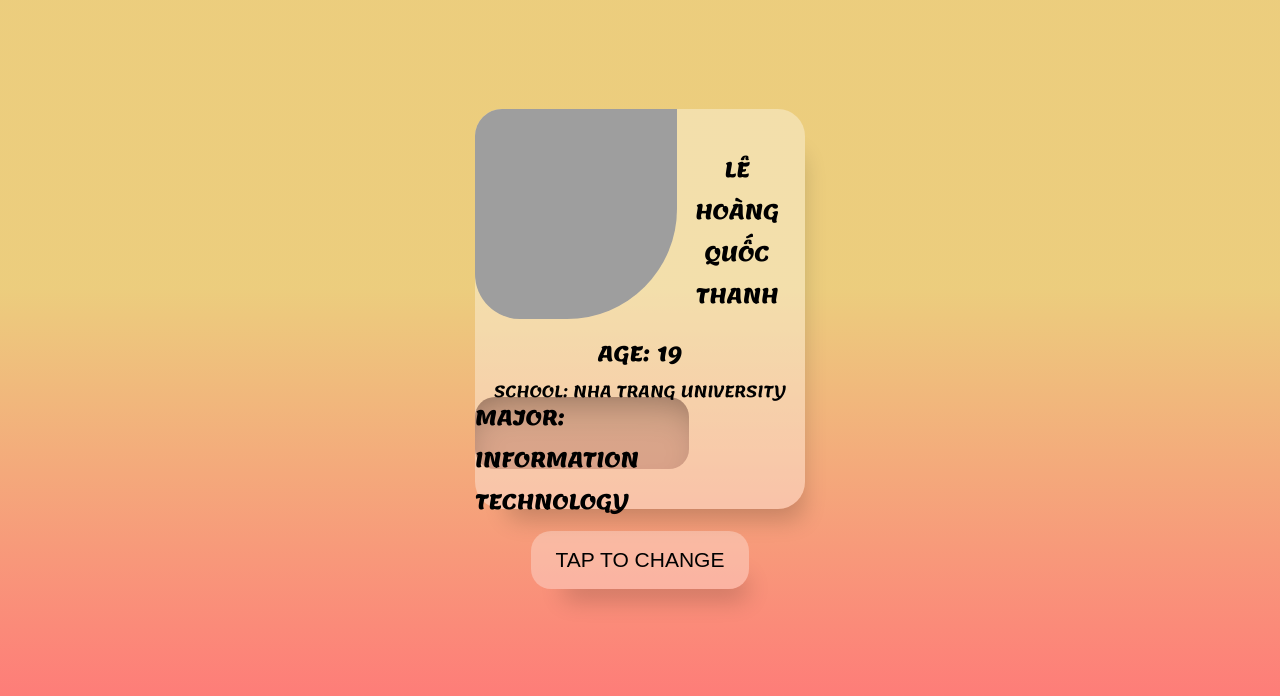
Repository: ThanhThn/profile
Page: index.html
The author's editor kept a copy of each file at every save. The page is drawn from the files as they stood at one save, then again after the next save.
The browser window is 1280 px wide. The pictures show the whole page.
Pictures or frames that could not be fetched are drawn as grey boxes. Some web fonts or font styles are not loaded; a fallback is used.

Above is the page before, as saved 2022-12-05 20:18:44.

After the next save:
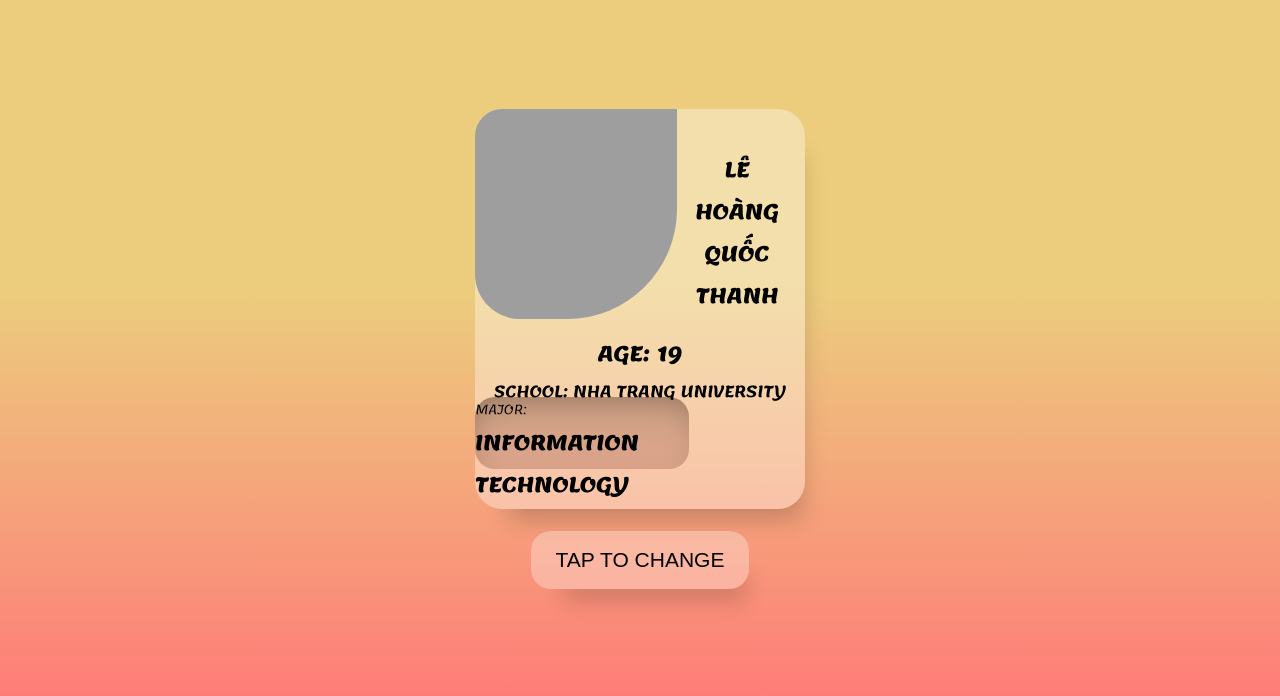
Saved 56 s later.
--- a/style.css
+++ b/style.css
@@ -75,6 +75,11 @@ span{
     -webkit-box-shadow: 3px 20px 39px -19px rgba(0,0,0,0.38) inset;
     -moz-box-shadow: 3px 20px 39px -19px rgba(0,0,0,0.38) inset;
 }
+
+.major #major{
+    font-weight: 300;
+    font-size: 13px;
+}
 .btn{
     background: rgba(255, 255, 255, .3);
     width: 218px;
